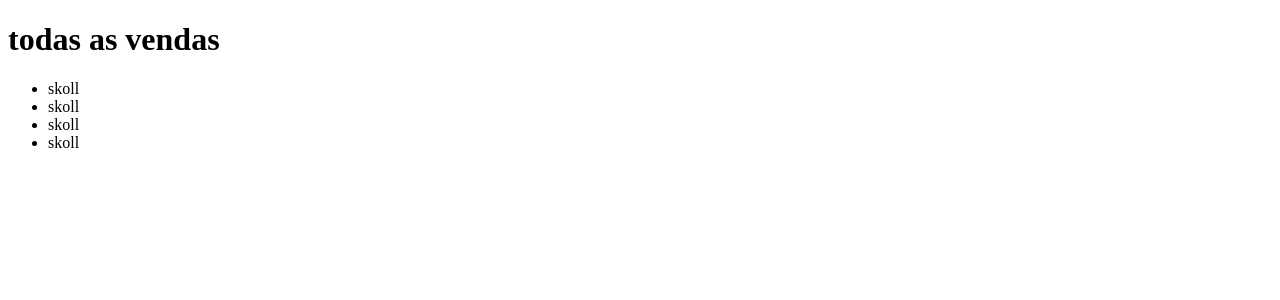
Repository: joaobatistafrontend/ven
Page: http://localhost/
An editor plug-in stored every save of this project. The page is shown before and after the next save, followed by the edit.
The browser window is 1280 px wide. The pictures show the whole page.
The page is served by the project's application, run on Django 4.2 (manage.py). The page reads the database file committed with the project.

Above is the page before, as saved 2024-08-20 14:14:33.

After the next save:
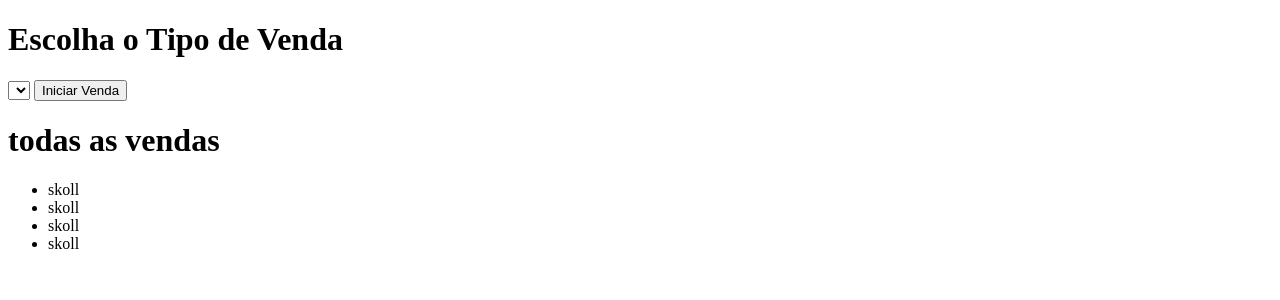
Saved 4 min 9 s later.
--- a/templates/index.html
+++ b/templates/index.html
@@ -6,6 +6,17 @@
     <title>Document</title>
 </head>
 <body>
+    <h1>Escolha o Tipo de Venda</h1>
+    <form method="post">
+        {% csrf_token %}
+        <select name="tipo_venda">
+            {% for tipo in tipos_venda %}
+                <option value="{{ tipo.id }}">{{ tipo.tipo }}</option>
+            {% endfor %}
+        </select>
+        <button type="submit">Iniciar Venda</button>
+    </form>
+
     <h1>todas as vendas </h1>
     <ul>
         {% for venda in todas_vendas %}
